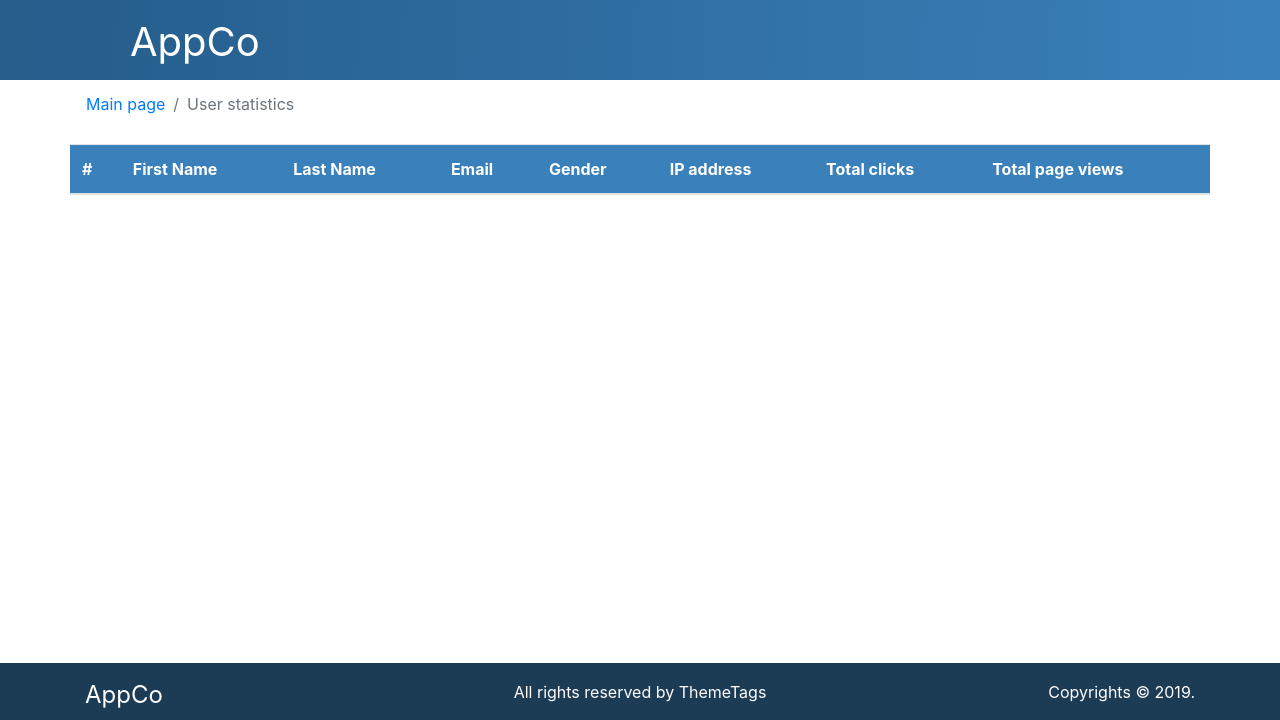
Repository: andbilous/user-statistics-app
Page: /
The author's editor kept a copy of each file at every save. The page is drawn from the files as they stood at one save, then again after a run of saves.
The browser window is 1280 px wide. The pictures show the whole page.
The page's requests for data from a server got no answer. The project was rebuilt for these pictures with package versions that can differ from the ones it lists, and the page was loaded fresh each time. No one was signed in, and anything a server would have sent is missing. Also part of the build but not shown: src/components/brainstorming/index.js, src/components/reasons/reasons.scss, src/components/reasons/index.js, src/components/footer/footer.scss, src/components/footer/index.js, src/pages/Main.jsx.

Above is the page before, as saved 2020-06-22 11:33:59.

After the next 8 saves:
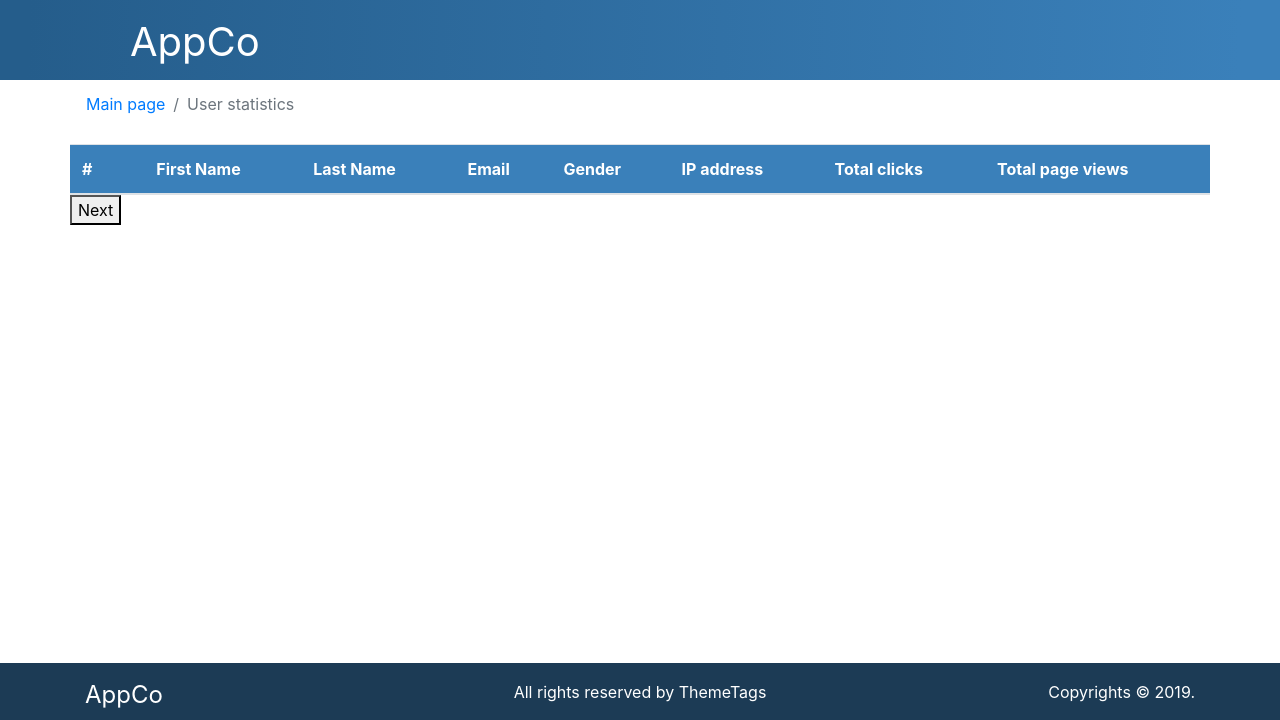
The 8 saves are shown as one change because they came seconds apart.
The last was saved 4 h 46 min later.
--- a/src/pages/Stats.jsx
+++ b/src/pages/Stats.jsx
@@ -61,6 +61,7 @@ const Stats = () => {
                         )
                 })}
           </tbody>
+          <button onc>Next</button>
         </Table>
       </section>
         </Row>
